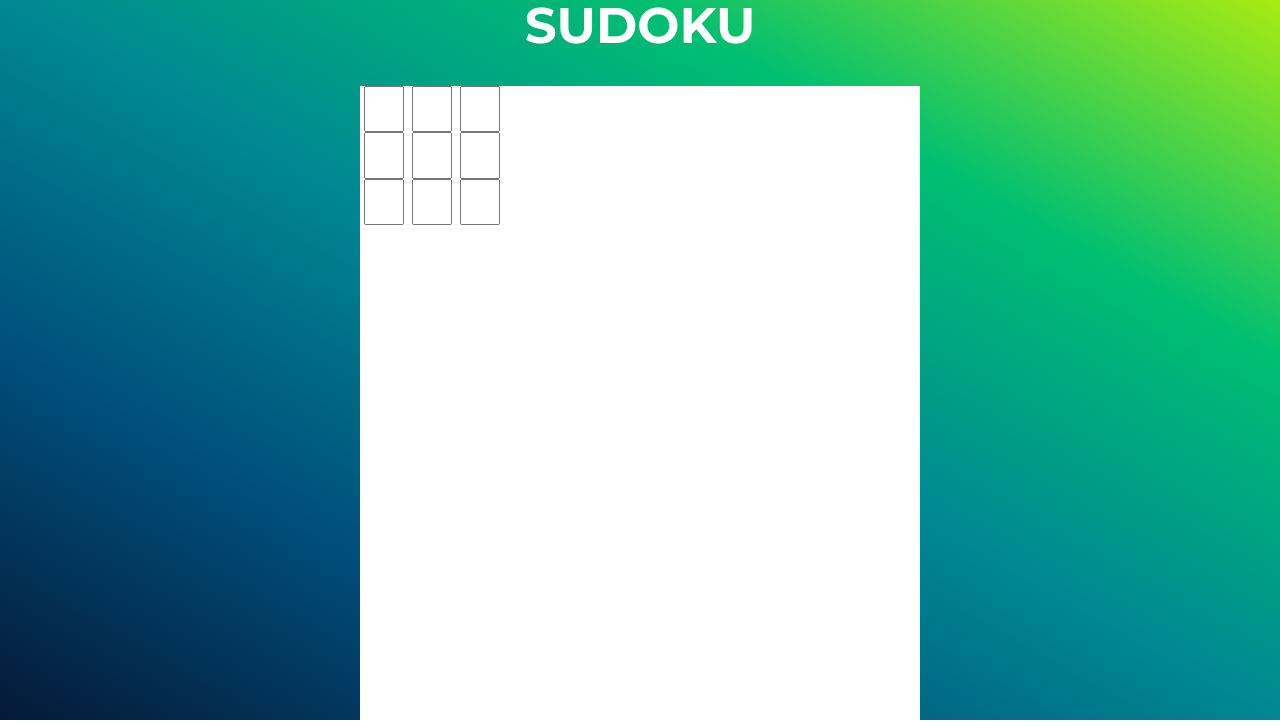
Repository: pattypetrikova/sudoku
Page: index.html
An editor plug-in stored every save of this project. The page is shown before and after the next save, followed by the edit.
The browser window is 1280 px wide. The pictures show the whole page.
Some web fonts or font styles are not loaded; a fallback is used.

Above is the page before, as saved 2022-12-30 10:37:42.

After the next save:
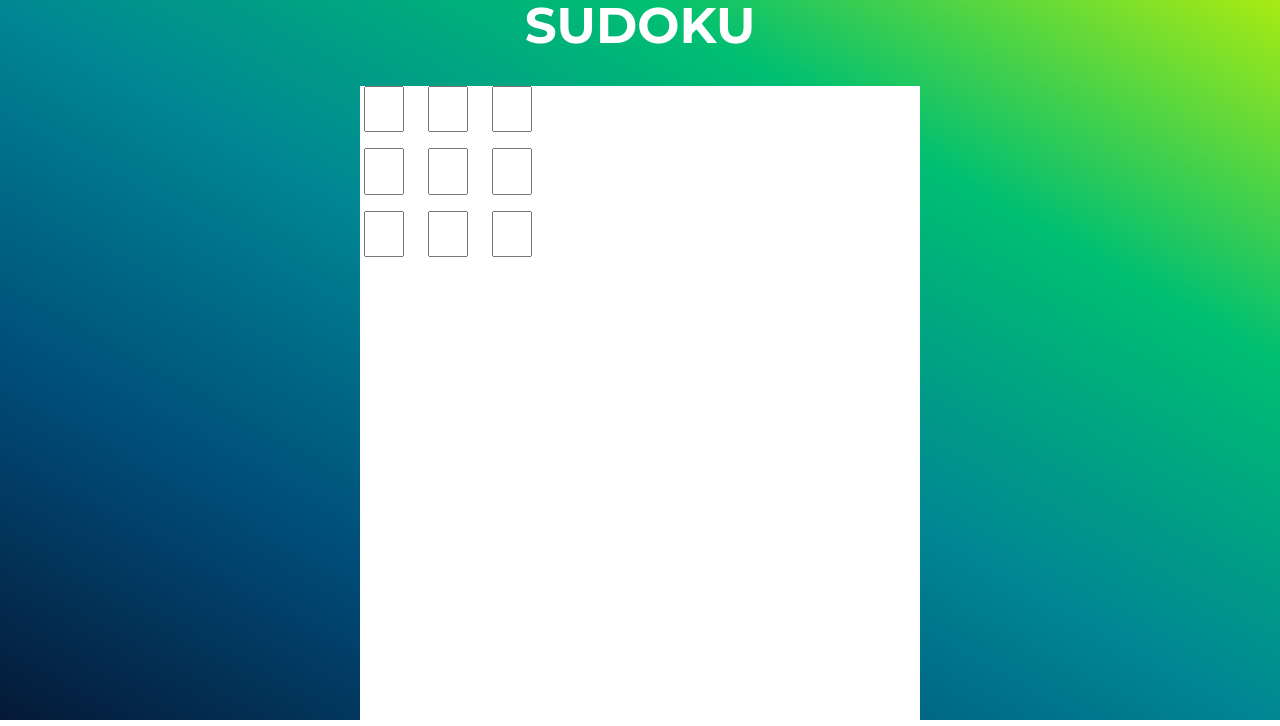
Saved 45 s later.
--- a/assets/style.css
+++ b/assets/style.css
@@ -44,6 +44,7 @@
     display: grid;
     grid-template-columns: 3em 3em 3em;
     justify-items: center;
+    gap: 1em;
 }
 
 .number {
